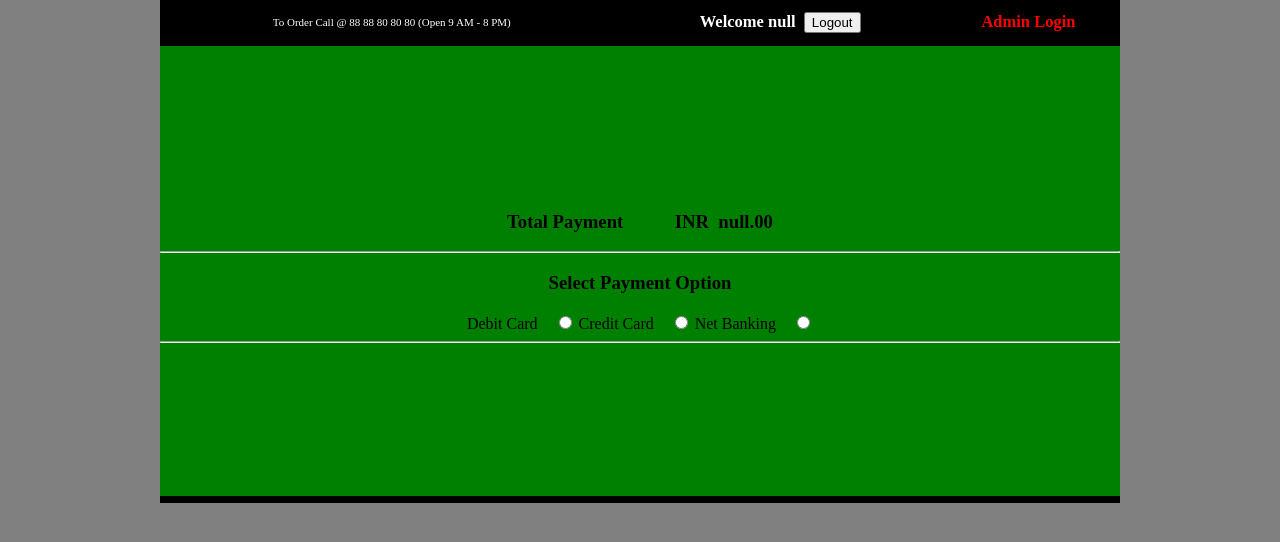
Repository: aashi12/e_mandi
Page: http://localhost/e_mandi/checkOut.jsp
The author's editor kept a copy of each file at every save. The page is drawn from the files as they stood at one save, then again after the next save.
The browser window is 1280 px wide. The pictures show the whole page.
The page is served by Tomcat 9.

Above is the page before, as saved 2014-04-13 10:38:05.

After the next save:
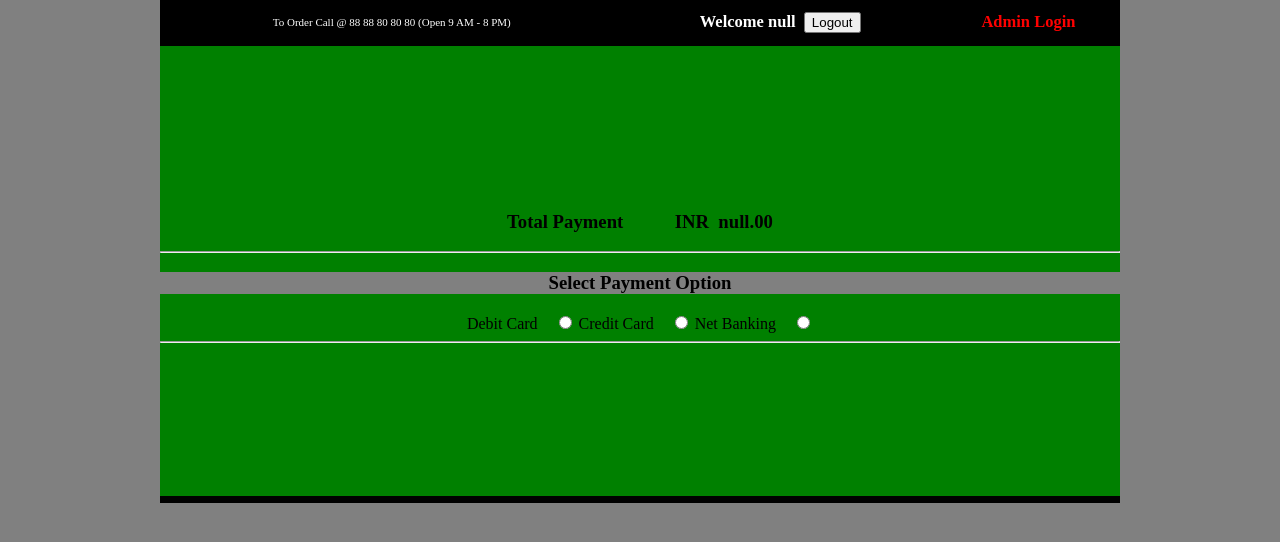
Saved 35 s later.
--- a/e_mandi/WebContent/checkOut.jsp
+++ b/e_mandi/WebContent/checkOut.jsp
@@ -31,7 +31,7 @@ out.print("<h2>Welcome "+usd); %>&nbsp;
 <% Integer tot=(Integer)session.getAttribute("amount"); %>
 <h3>Total Payment &nbsp;&nbsp;&nbsp;&nbsp;&nbsp;&nbsp;&nbsp;&nbsp;&nbsp;&nbsp;INR &nbsp;<%= tot %>.00</h3>
 <hr/>
-<h3>Select Payment Option</h3>
+<h3 style="background: gray">Select Payment Option</h3>
 Debit Card &nbsp;&nbsp;&nbsp;<input type="radio" name="pay"/>
 Credit Card &nbsp;&nbsp;&nbsp;<input type="radio" name="pay"/>
 Net Banking &nbsp;&nbsp;&nbsp;<input type="radio" name="pay"/>
